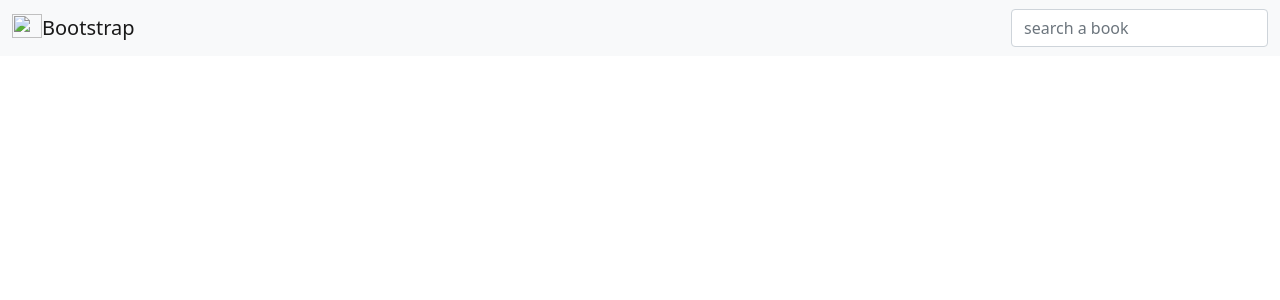
Repository: dilaraozdem1r/BooksApp
Page: /
These files come from the project's save history. The page is drawn as it stood at one moment and after the next save; the edit follows.
The browser window is 1280 px wide. The pictures show the whole page.
The page's requests for data from a server got no answer. The project was rebuilt for these pictures with package versions that can differ from the ones it lists, and the page was loaded fresh each time. No one was signed in, and anything a server would have sent is missing. Also part of the build but not shown: src/Components/User.js.

Above is the page before, as saved 2021-08-19 18:03:49.
Not found: docs/5.1/assets/brand/bootstrap-logo.svg

After the next save:
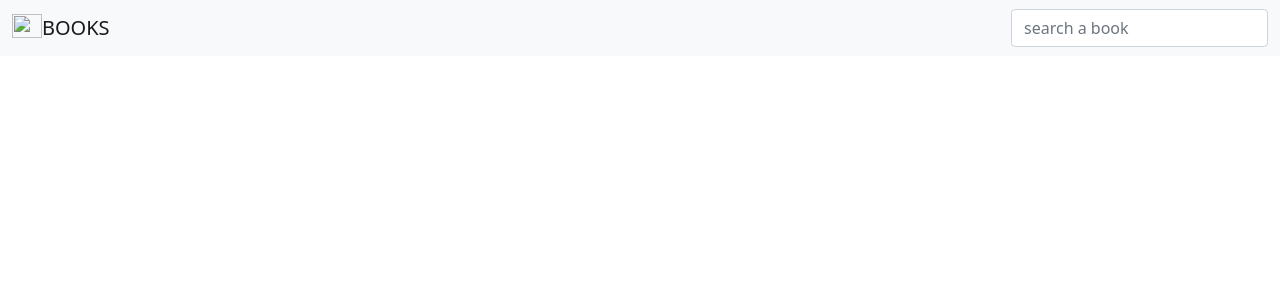
Saved 6 s later.
--- a/src/Components/App.js
+++ b/src/Components/App.js
@@ -44,7 +44,7 @@ class App extends React.Component {
             <div className="container-fluid">
             <a class="navbar-brand" href="#">
           <img src="/docs/5.1/assets/brand/bootstrap-logo.svg" alt="" width="30" height="24" class="d-inline-block align-text-top"/>
-           Bootstrap
+           BOOKS
     </a>
 
             <SearchBar search={this.searchMovie} />
